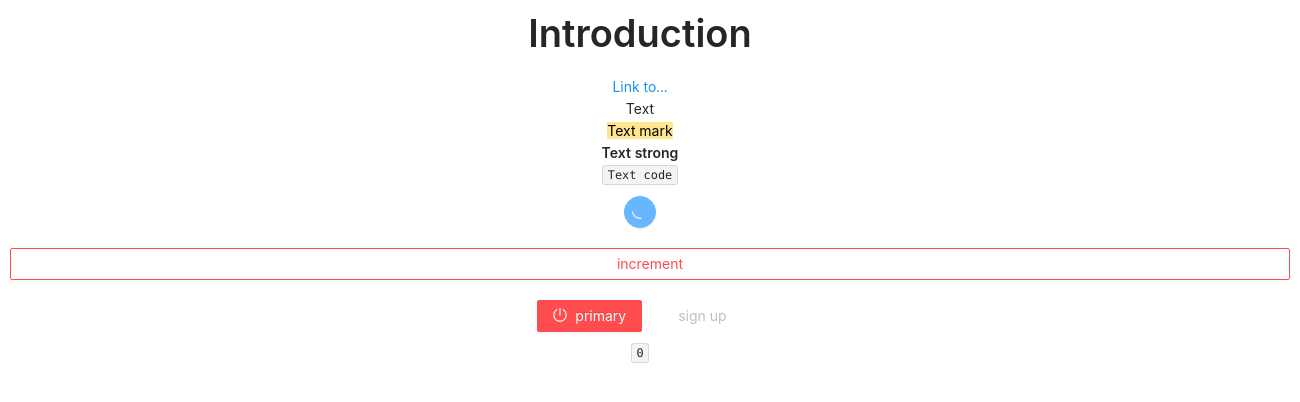
Repository: ErosHai/antd-demo
Page: /
These files come from the project's save history. The page is drawn as it stood at one moment and after the next save; the edit follows.
The browser window is 1280 px wide. The page is 1300 px wide, so the pictures cover 1300 px, including what lies to the right of the window. The pictures show the whole page.
The project was rebuilt for these pictures with package versions that can differ from the ones it lists, and the page was loaded fresh each time.

Above is the page before, as saved 2022-04-12 15:23:12.

After the next save:
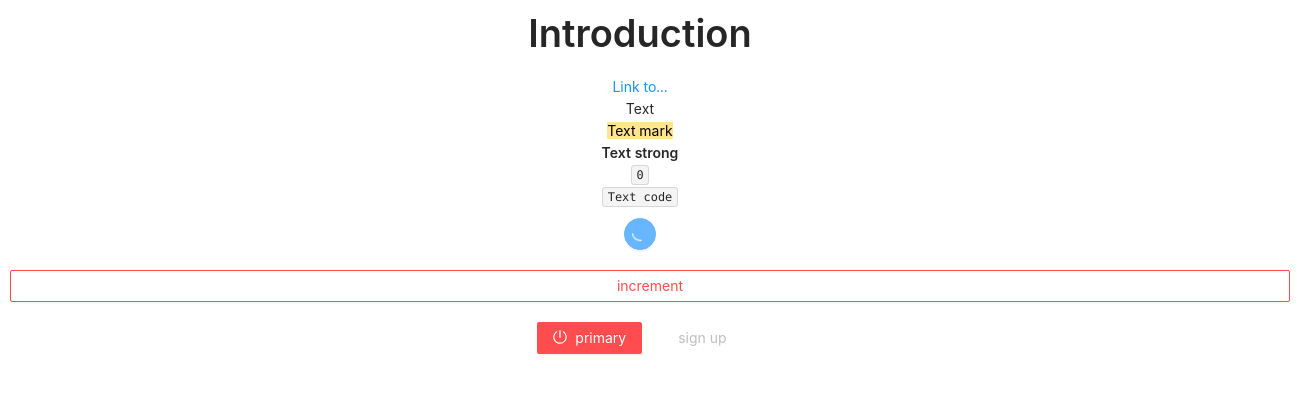
Saved 11 s later.
--- a/src/App.js
+++ b/src/App.js
@@ -16,6 +16,8 @@ function App() {
 			<Text>Text</Text>
 			<Text mark>Text mark</Text>
 			<Text strong>Text strong</Text>
+			<Text code> {count} </Text>
+
 			<Text code>Text code</Text>
 
 			<Tooltip title="search">
@@ -43,8 +45,6 @@ function App() {
 			<Button type="text" disabled>
 				sign up
 			</Button>
-
-			<Text code> {count} </Text>
 		</div>
 	)
 }
